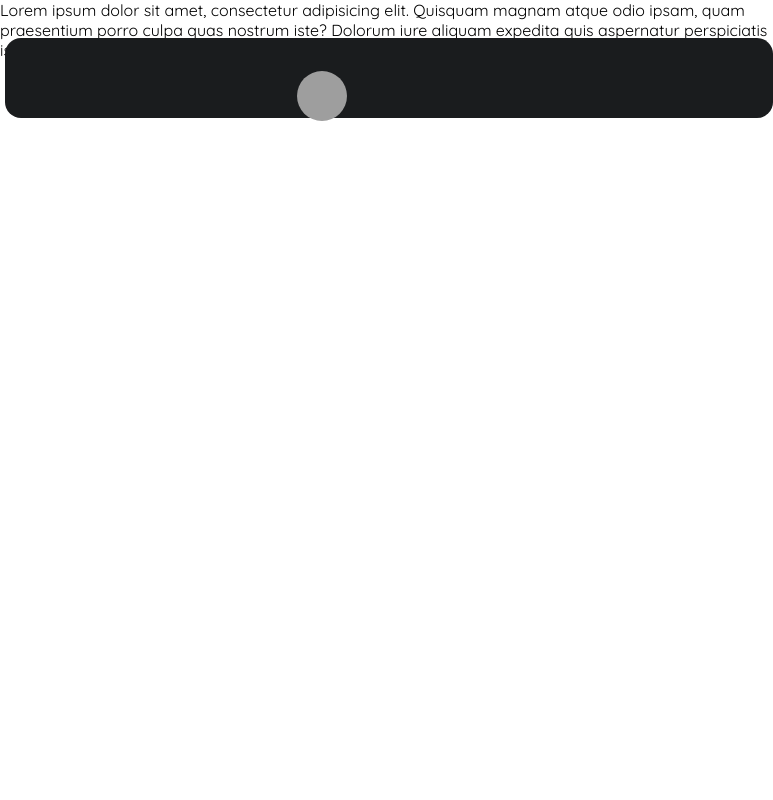
Repository: Fuocmanh/demo
Page: site/nav.html
An editor plug-in stored every save of this project. The page is shown before and after the next save, followed by the edit.
The browser window is 768 px wide. The page is 773 px wide, so the pictures cover 773 px, including what lies to the right of the window. The pictures show the whole page.
Pictures or frames that could not be fetched are drawn as grey boxes.

Above is the page before, as saved 2022-12-30 13:16:43.

After the next save:
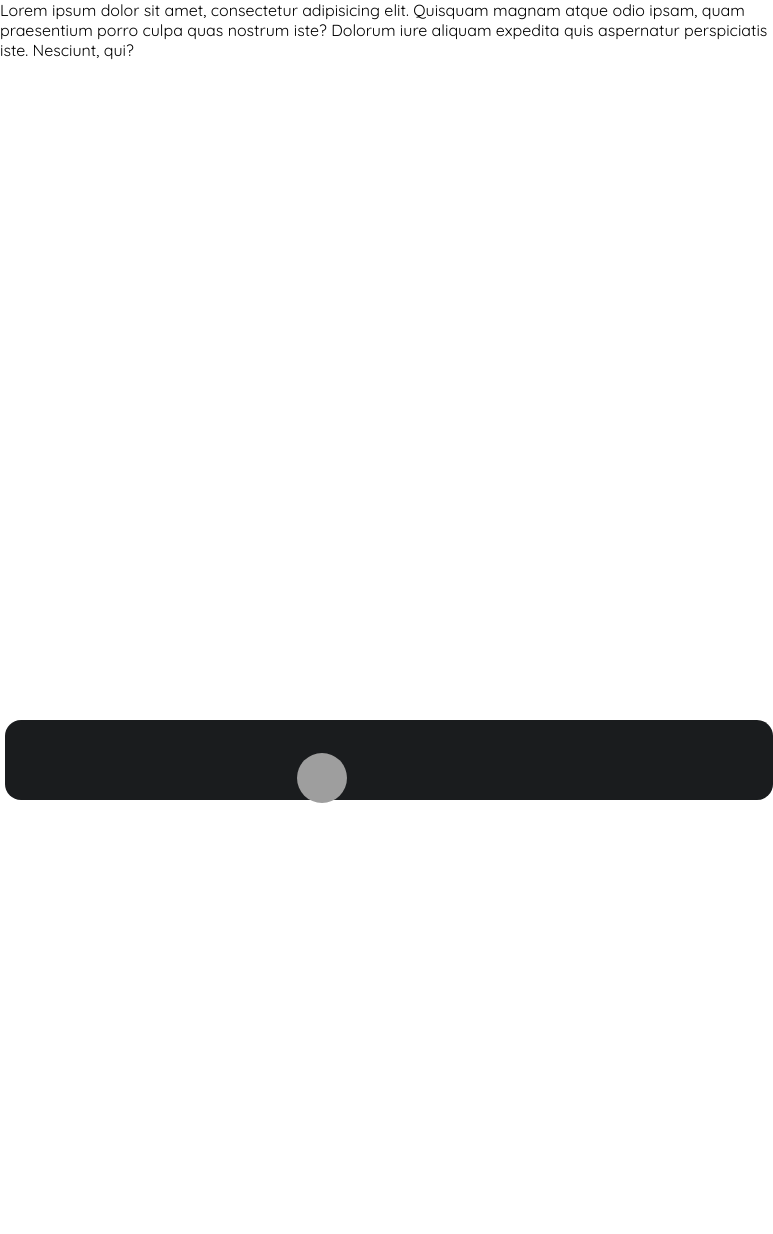
Saved 4 s later.
--- a/css/style.css
+++ b/css/style.css
@@ -99,7 +99,7 @@ li {
 
     #sidebar {
         position: absolute;
-        bottom: 0
+        bottom: 0;
         left:auto;
         height: max-content;
         width: 100%;
